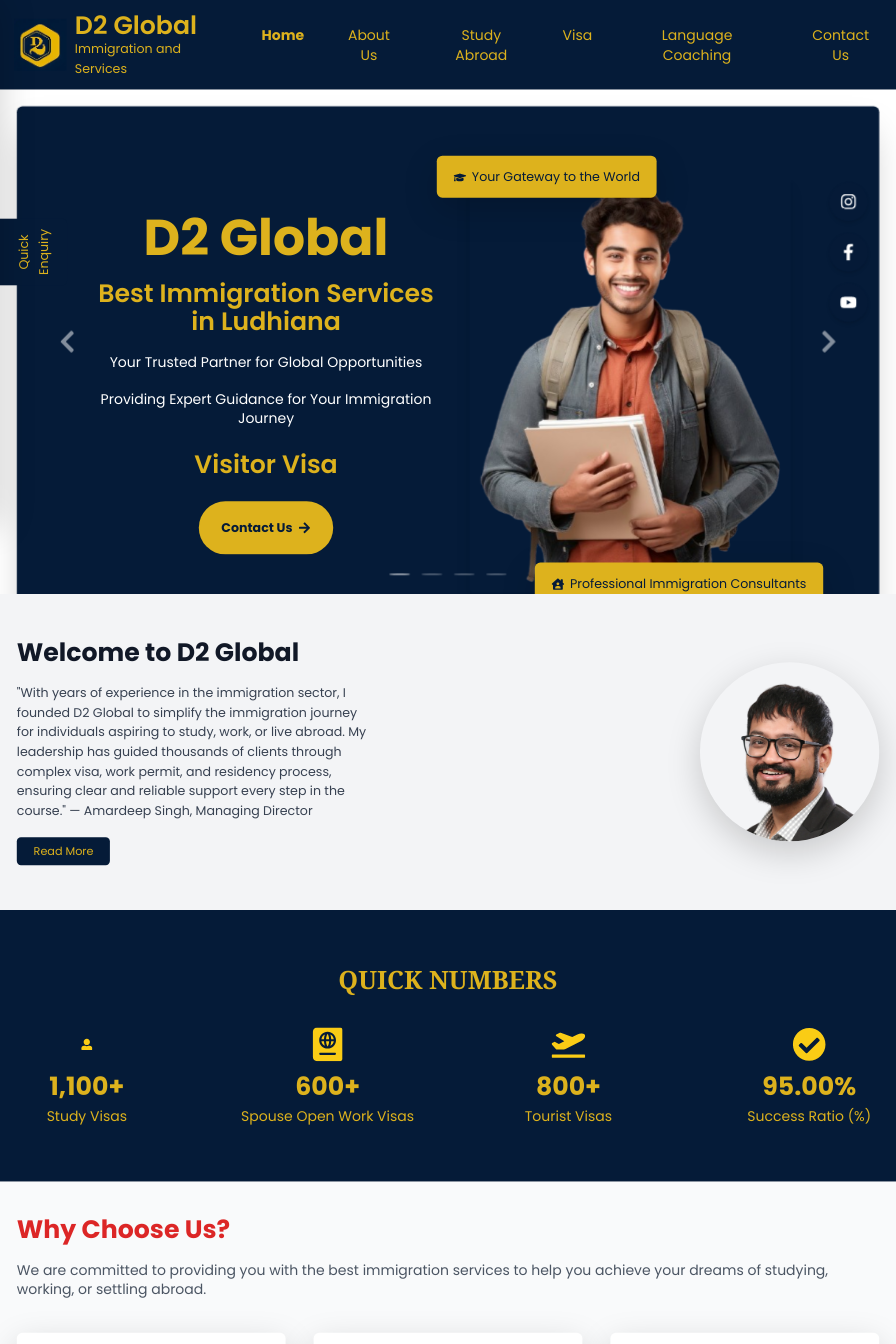
Repository: abhijeets54/d2globalbackup
Page: /
An editor plug-in stored every save of this project. The page is shown before and after a run of saves, followed by the edit.
The browser window is 1280 px wide. The pictures show the part of the page from y = 0 to 1920 px (the page is 6748 px tall), at 70% of full size.
The page's requests for data from a server got no answer. The project was rebuilt for these pictures with package versions that can differ from the ones it lists, and the page was loaded fresh each time. No one was signed in, and anything a server would have sent is missing. Also part of the build but not shown: vite.config.js, src/components/Button.jsx, src/components/PostCard.jsx, src/components/Input.jsx, src/components/PopupForm.jsx, src/components/Events.jsx, src/components/People.jsx, src/Newsletter/NewsletterComponent.jsx and 28 more. Imported but missing from the stored project, and not drawn on this page: src/components/Donate/RestoftheWorld.jsx, src/components/Donate/WithInIndia.jsx, src/components/JoinUs.jsx, src/components/Projects/Awareness.jsx, src/components/Projects/Education.jsx, src/components/Projects/HumanitarianAid.jsx, src/components/ThreePillars.jsx, src/pages/Donate.jsx and 2 more.

Above is the page before, as saved 2024-10-04 13:01:37.

After the next 2 saves:
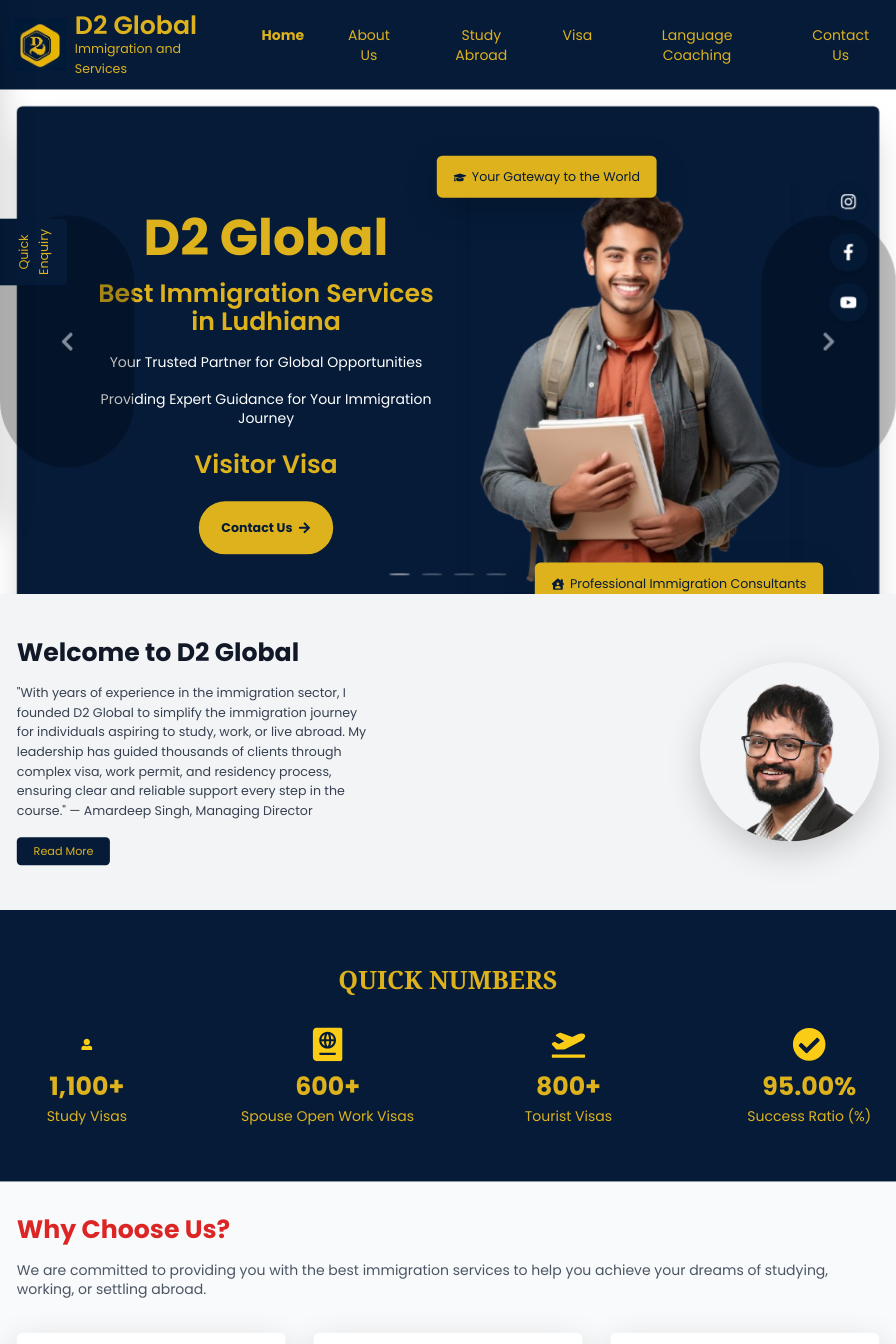
The 2 saves are shown as one change because 1 did not build or start.
The last was saved 3 min 47 s later.
--- a/src/components/Collage.jsx
+++ b/src/components/Collage.jsx
@@ -49,6 +49,7 @@
         className="carousel slide carousel-fade"
         data-bs-ride="carousel"
         data-bs-interval="5000"
+        data-bs-wrap="true"
       >
         {/* Indicators */}
         <div className="carousel-indicators">
@@ -106,23 +107,23 @@
           ))}
         </div>
 
-        {/* Arrow buttons */}
+        {/* Improved Arrow buttons */}
         <button
-          className="carousel-control-prev absolute top-1/2 left-0 transform -translate-y-1/2 text-white text-4xl p-3"
+          className="carousel-control-prev absolute top-1/2 left-0 transform -translate-y-1/2 text-white p-4 bg-black bg-opacity-50 rounded-full hover:bg-opacity-80 transition-all duration-300"
           type="button"
           data-bs-target="#carouselExampleCaptions"
           data-bs-slide="prev"
         >
-          <FaChevronLeft />
+          <FaChevronLeft className="text-3xl" />
           <span className="visually-hidden">Previous</span>
         </button>
         <button
-          className="carousel-control-next absolute top-1/2 right-0 transform -translate-y-1/2 text-white text-4xl p-3"
+          className="carousel-control-next absolute top-1/2 right-0 transform -translate-y-1/2 text-white p-4 bg-black bg-opacity-50 rounded-full hover:bg-opacity-80 transition-all duration-300"
           type="button"
           data-bs-target="#carouselExampleCaptions"
           data-bs-slide="next"
         >
-          <FaChevronRight />
+          <FaChevronRight className="text-3xl" />
           <span className="visually-hidden">Next</span>
         </button>
       </div>

After the 2 saves that followed:
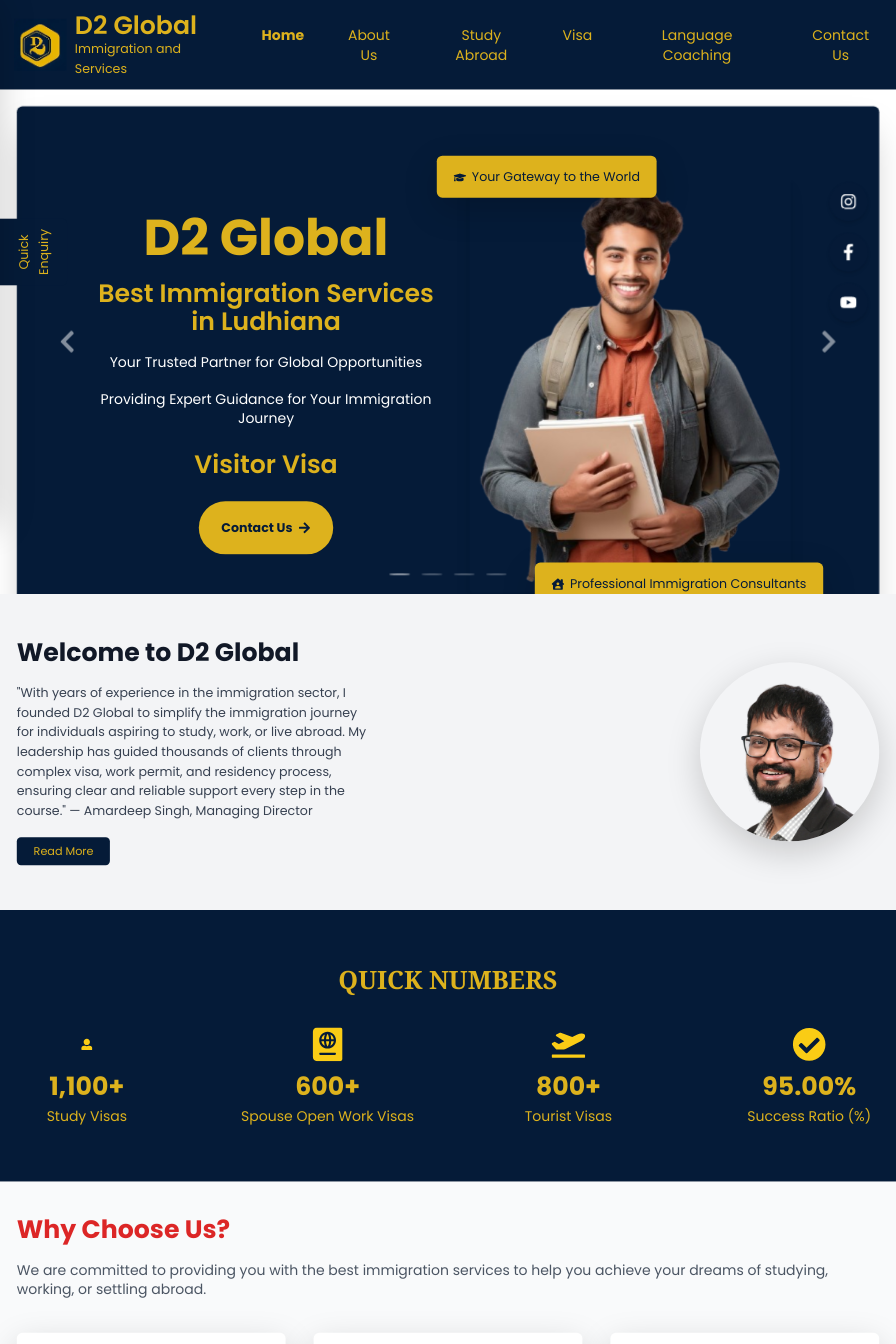
The 2 saves are shown as one change because they came seconds apart.
The last was saved 16 s later.
--- a/src/components/Collage.jsx
+++ b/src/components/Collage.jsx
@@ -49,7 +49,6 @@
         className="carousel slide carousel-fade"
         data-bs-ride="carousel"
         data-bs-interval="5000"
-        data-bs-wrap="true"
       >
         {/* Indicators */}
         <div className="carousel-indicators">
@@ -107,23 +106,23 @@
           ))}
         </div>
 
-        {/* Improved Arrow buttons */}
+        {/* Arrow buttons */}
         <button
-          className="carousel-control-prev absolute top-1/2 left-0 transform -translate-y-1/2 text-white p-4 bg-black bg-opacity-50 rounded-full hover:bg-opacity-80 transition-all duration-300"
+          className="carousel-control-prev absolute top-1/2 left-0 transform -translate-y-1/2 text-white text-4xl p-3"
           type="button"
           data-bs-target="#carouselExampleCaptions"
           data-bs-slide="prev"
         >
-          <FaChevronLeft className="text-3xl" />
+          <FaChevronLeft />
           <span className="visually-hidden">Previous</span>
         </button>
         <button
-          className="carousel-control-next absolute top-1/2 right-0 transform -translate-y-1/2 text-white p-4 bg-black bg-opacity-50 rounded-full hover:bg-opacity-80 transition-all duration-300"
+          className="carousel-control-next absolute top-1/2 right-0 transform -translate-y-1/2 text-white text-4xl p-3"
           type="button"
           data-bs-target="#carouselExampleCaptions"
           data-bs-slide="next"
         >
-          <FaChevronRight className="text-3xl" />
+          <FaChevronRight />
           <span className="visually-hidden">Next</span>
         </button>
       </div>
